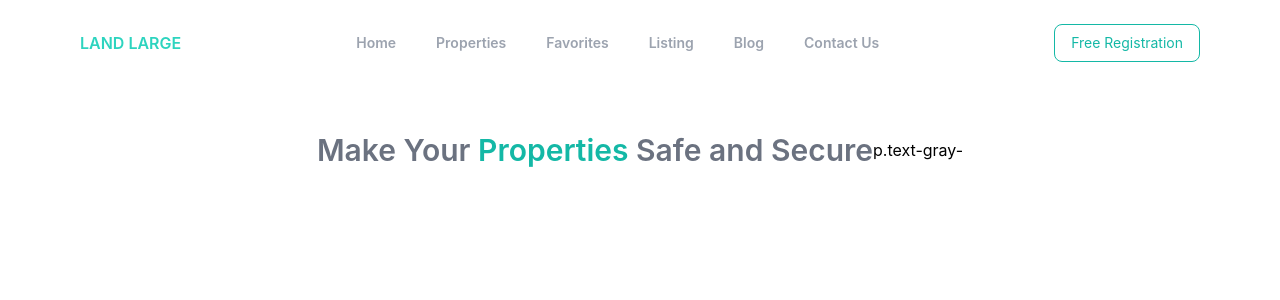
Repository: MuniruIssah/realestate
Page: /
The author's editor kept a copy of each file at every save. The page is drawn from the files as they stood at one save, then again after the next save.
The browser window is 1280 px wide. The pictures show the whole page.
The project was rebuilt for these pictures with package versions that can differ from the ones it lists, and the page was loaded fresh each time. Also part of the build but not shown: src/App.css.

Above is the page before, as saved 2022-02-19 21:46:19.

After the next save:
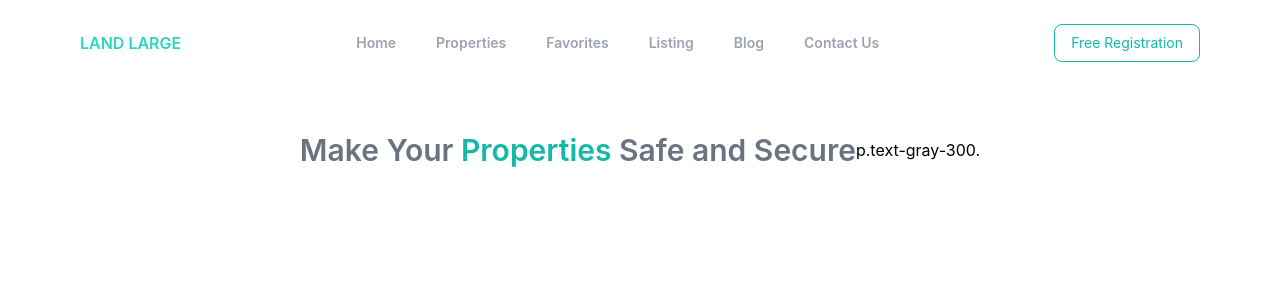
Saved 4 s later.
--- a/src/components/Jumbotron.js
+++ b/src/components/Jumbotron.js
@@ -7,7 +7,7 @@ const Jumbotron = () => {
         Make Your <span className="text-teal-500">Properties</span> Safe and
         Secure
       </span>
-      p.text-gray-
+      p.text-gray-300.
     </div>
   );
 };
